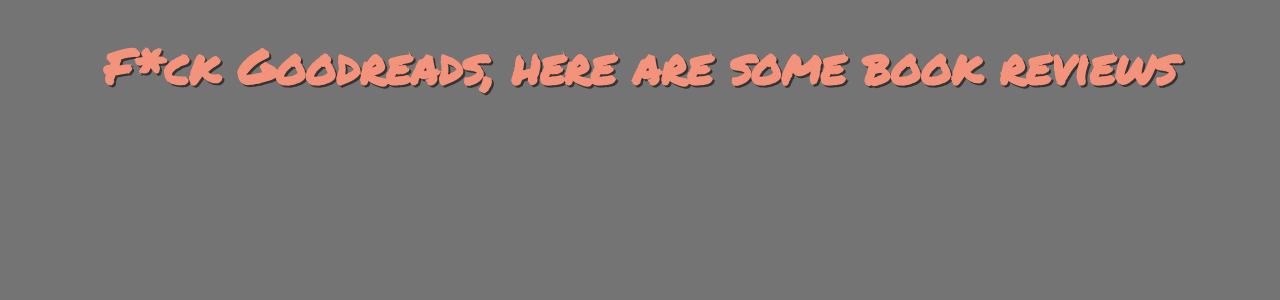
Repository: emnharris/FreeCodeCampChallenges
Page: responsive-web-design/book-reviews/books.html
These files come from the project's save history. The page is drawn as it stood at one moment and after the next save; the edit follows.
The browser window is 1280 px wide. The pictures show the whole page.

Above is the page before, as saved 2020-04-18 12:38:47.

### responsive-web-design/book-reviews/books.html
<!DOCTYPE html>
<html>
    <head>
        <link href="https://fonts.googleapis.com/css2?family=Permanent+Marker&display=swap" rel="stylesheet">
        <link rel="stylesheet" type="text/css" href="books.css">
    </head>
    <body>
        <header>
            <title>
                Emily Reviews Books
            </title>
            <div id=title>
                <h1>F*ck Goodreads, here are some book reviews</h1>
            </div>
        </header>
        <sidenav>

        </sidenav>
        <main>

        </main>
        <footer>

        </footer>
    </body>
</html>

### responsive-web-design/book-reviews/books.css
/* document palette */
#palette {
    color: rgb(244, 147, 124);
    color: rgb(116, 116, 116);
    color: rgb(188, 195, 171);
    color: rgb(212, 204, 196);
}


/* header styles */

#title {
    font-family: 'Permanent Marker', cursive;
    color: rgb(244, 147, 124);
    text-align: center;
    text-shadow: 2px 2px rgb(53, 52, 52);
    font-size: 1.5em;
}

body {
    margin: 0px;
    background: #747474;

}
.sidenav {
    background: linear-gradient(90deg,#747474, #f3d4cc);
}

After the next save:
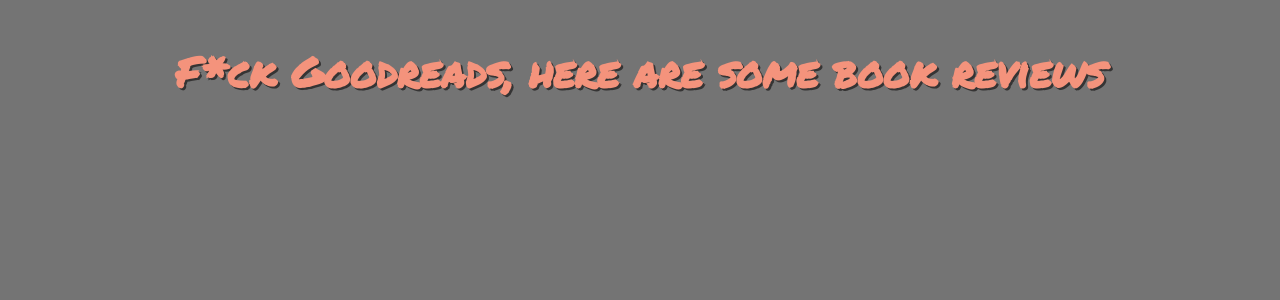
Saved 19 s later.
--- a/responsive-web-design/book-reviews/books.css
+++ b/responsive-web-design/book-reviews/books.css
@@ -14,7 +14,8 @@
     color: rgb(244, 147, 124);
     text-align: center;
     text-shadow: 2px 2px rgb(53, 52, 52);
-    font-size: 1.5em;
+    font-size: 1.3em;
+    padding: .7em;
 }
 
 body {
